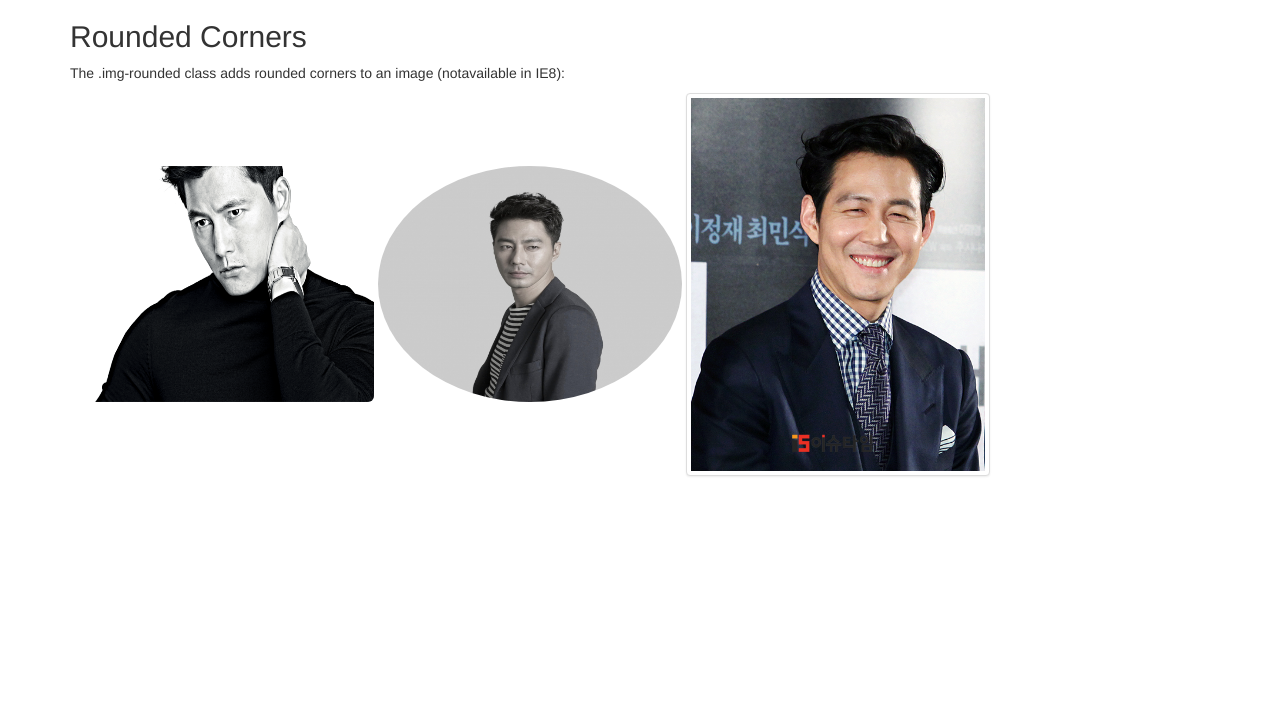
Repository: IreneCho/sk
Page: jqmTest/WebContent/day15/bootTest/c.html
The author's editor kept a copy of each file at every save. The page is drawn from the files as they stood at one save, then again after the next save.
The browser window is 1280 px wide. The pictures show the whole page.

Above is the page before, as saved 2016-08-18 05:24:31.
Console error (its wording comes from the project's code and is left out).

After the next save:
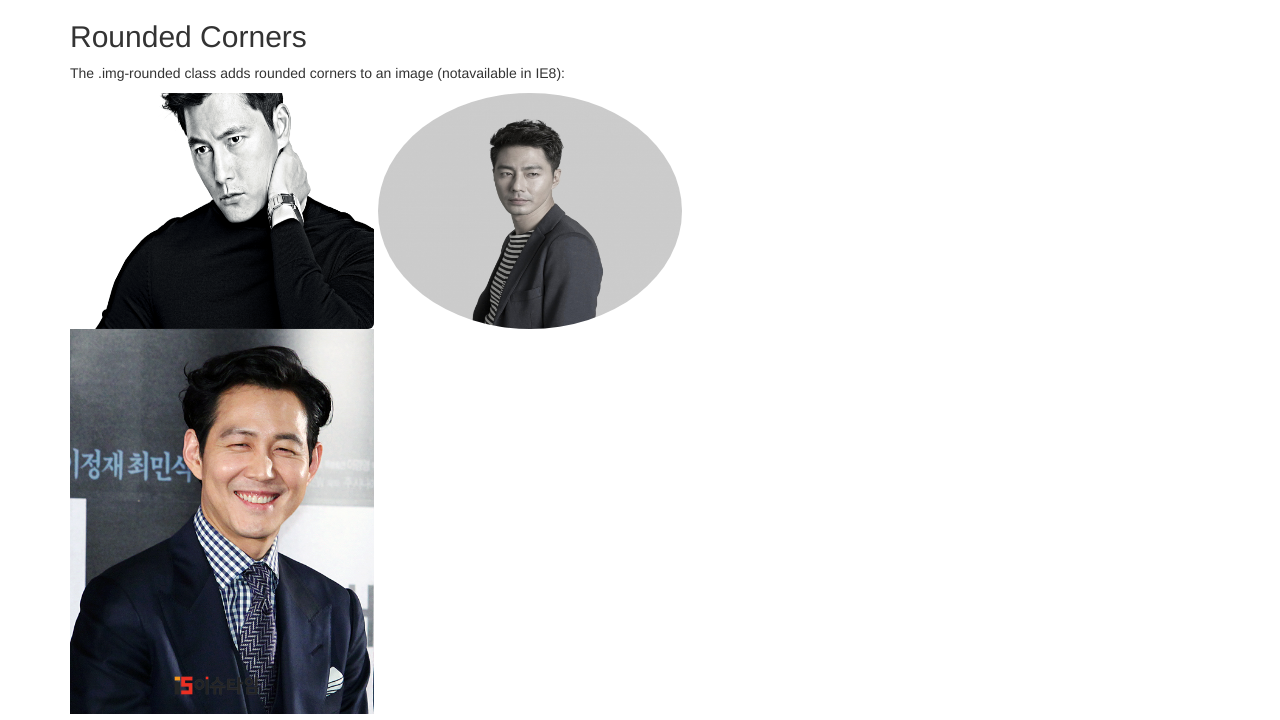
Saved 52 s later.
--- a/jqmTest/WebContent/day15/bootTest/c.html
+++ b/jqmTest/WebContent/day15/bootTest/c.html
@@ -13,7 +13,7 @@
 		<p>The .img-rounded class adds rounded corners to an image (notavailable in IE8):</p>
 		<img src="../image/img1.png" class="img-rounded" alt="Cinque Terre"width="304" height="236">
 		<img src="../image/img2.jpg" class="img-circle" alt="Cinque Terre" width="304" height="236">
-		<img src="../image/img3.jpg" class="img-thumbnail" alt="Cinque Terre" width="304" height="236">
+		<img src="../image/img3.jpg" class="img-responsive" alt="Cinque Terre" width="304" height="236" >
 	</div>
 </body>
 </html>
